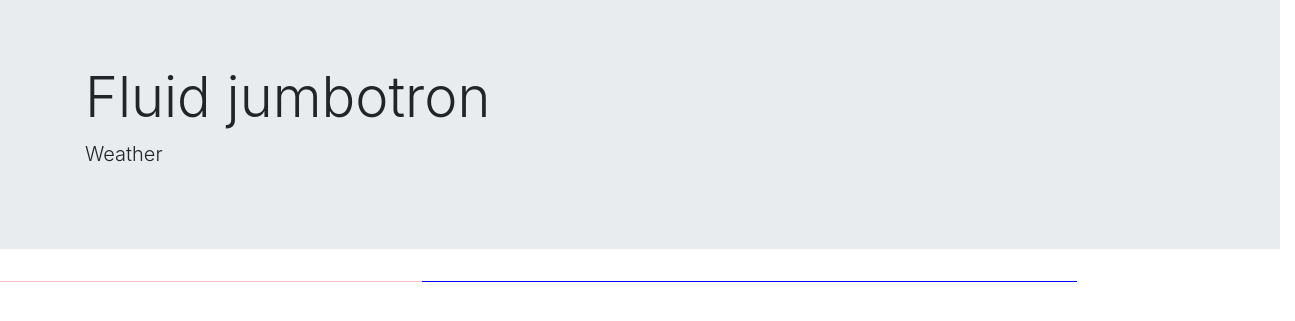
Repository: kkyler24/WeatherBug
Page: index.html
The author's editor kept a copy of each file at every save. The page is drawn from the files as they stood at one save, then again after the next save.
The browser window is 1280 px wide. The page is 1295 px wide, so the pictures cover 1295 px, including what lies to the right of the window. The pictures show the whole page.
Some web libraries are served in a nearby version.

Above is the page before, as saved 2020-04-14 13:17:14.

After the next save:
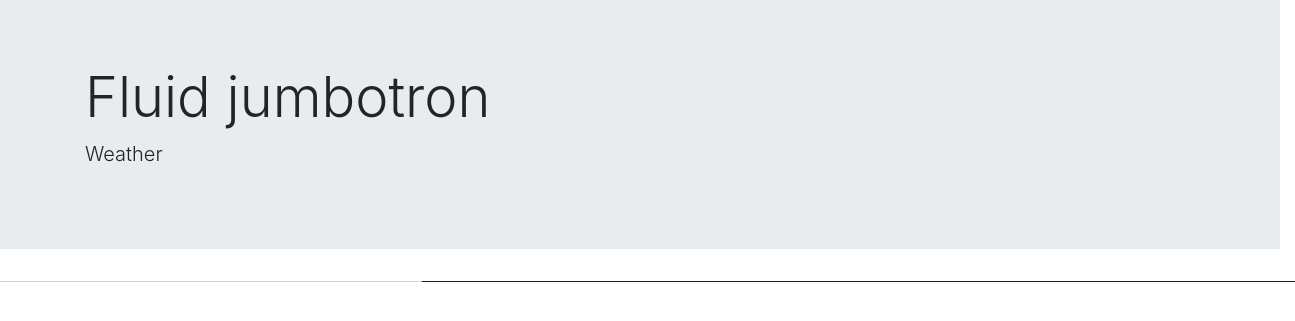
Saved 75 s later.
--- a/index.html
+++ b/index.html
@@ -20,7 +20,7 @@
    <main>
 <div class="row">
     <div class="col-md-4" style="background-color:pink"></div>
-    <div class="col-md-6 "style="background-color:blue"></div>
+    <div class="col-md-8 "style="background-color:blue"></div>
 </div>
 
 
